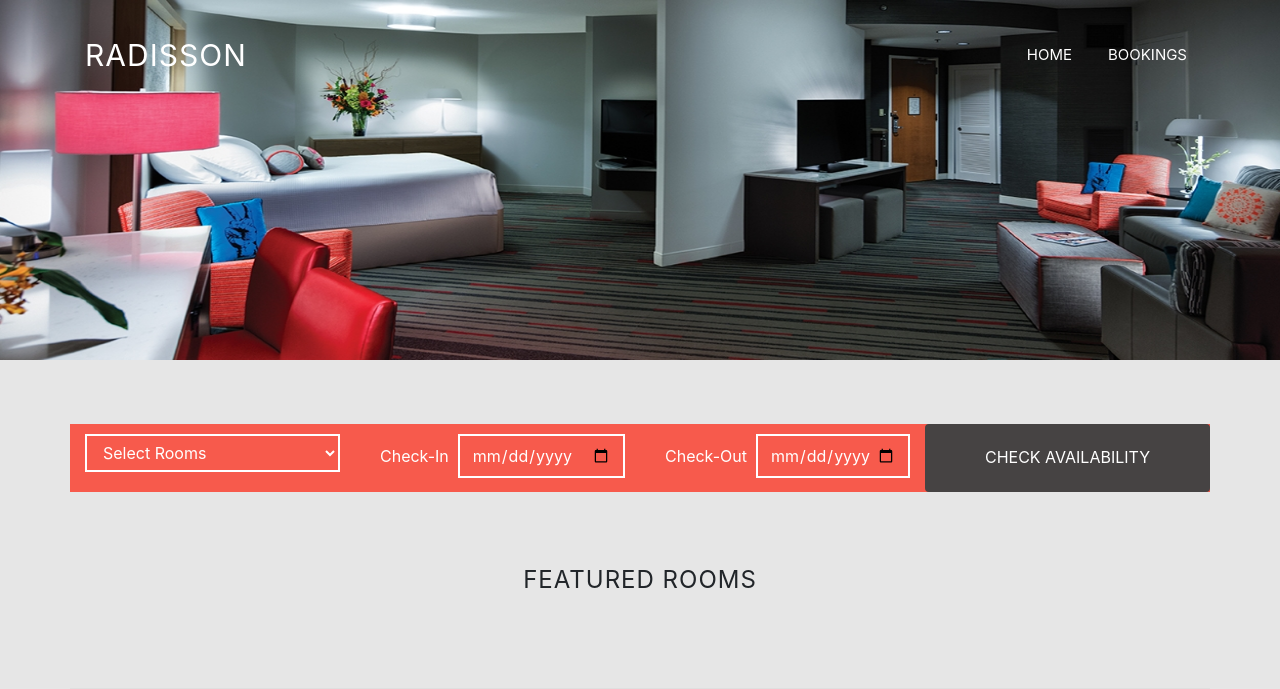
Repository: kapsky5/HotelManagement
Page: rooms.html
These files come from the project's save history. The page is drawn as it stood at one moment and after the next save; the edit follows.
The browser window is 1280 px wide. The pictures show the part of the page from y = 0 to 689 px (the page is 2056 px tall before and 2094 px after).
Pictures or frames that could not be fetched are drawn as grey boxes. Some web libraries are served in a nearby version.

Above is the page before, as saved 2019-11-07 02:51:58.

### rooms.html
<!DOCTYPE html>
<html lang="en">
<head>
    <meta charset="UTF-8">
    <meta name="viewport" content="width=device-width, initial-scale=1.0">
    <meta http-equiv="X-UA-Compatible" content="ie=edge">
    <title>RADISSON BLU</title>
    <link rel="stylesheet" href="css/main.css">
    <link rel="stylesheet" href="https://maxcdn.bootstrapcdn.com/bootstrap/4.0.0/css/bootstrap.min.css" integrity="sha384-Gn5384xqQ1aoWXA+058RXPxPg6fy4IWvTNh0E263XmFcJlSAwiGgFAW/dAiS6JXm" crossorigin="anonymous">
    <!-- <script src="https://kit.fontawesome.com/82e6195eae.js" crossorigin="anonymous"></script> -->
</head>
<body>

    <nav class="navbar navbar-expand-lg navbar-light fixed-top" id="caro" style="margin-top: 20px;">
        <div class="container">
            <a class="navbar-brand" href="#">RADISSON</a>
            <button class="navbar-toggler" type="button" data-toggle="collapse" data-target="#navbarSupportedContent">
                <span class="navbar-toggler-icon"></span>
            </button>

            <div class="collapse navbar-collapse" id="navbarSupportedContent" >
                <ul class="navbar-nav ml-auto">
                    <li class="nav-item active ">
                        <a class="nav-link" href="./index.html">Home <span class="sr-only">(current)</span></a>
                    </li>
                    <li class="nav-item">
                        <a class="nav-link" href="./rooms.html">Bookings</a>
                    </li>
                </ul>
            </div>
        </div>
    </nav>

    <div>
        <img src="./images/cover1.jpg" class="image">
    </div>

    <div class="containerz">
        <div class="container" style="padding: 0px;">
            <br>
            <div class="row avail">
                <div class="col-md-3" style="padding-top: 10px;">
                    <div class="form-group">
                        <select class="form-control" placeholder="Select-Room">
                            <option>Select Rooms</option>
                            <option>Suites</option>
                            <option>Deluxe Rooms</option>
                            <option>King Rooms</option>
                            <option>Single</option>
                        </select>
                    </div>
                </div>
                <div class="col-md-3" style="padding-top: 10px;">
                    <div class="input-group">
                        <div class="input-group-prepend" style="padding: 10px;">
                            <span>Check-In</span>
                        </div>
                        <input class="form-control" type="date" id="from">
                    </div>
                </div>
                <div class="col-md-3" style="padding-top: 10px;">
                    <div class="input-group">
                        <div class="input-group-prepend" style="padding: 10px;" >
                            <span>Check-Out</span>
                        </div>
                        <input class="form-control" type="date" id="to">
                    </div>
                </div>
                <button class="col-md-3 btn btn-default" style="background-color: #464343; padding-top: 20px;" type="submit">
                    <div class="text-center" style="color: white;">
                        <p>CHECK AVAILABILITY</p>
                    </div>
                </button>
            </div>
            <div class="text-center" style="padding: 70px 0 50px 0;">
                <p class="heading1">Featured rooms</p>
            </div>
            <br>
            <div class="card">
                <div class="card-body">
                    <div class="row">
                        <div class="col-md-7 imgx">
                            <img class="room-img" src="images/suite.jpg">
                        </div>
                        <div class="col-md-5 dpt" >
                            <h3 class="head-room">Suites</h3>
                            <br>
                            <p>Pellentesque habitant morbi tristique senectus et netus ett mauada fames ac turpis egestas. Etiam euismod tempor leo, in suscipit urna condimentum sed. Vivamus augue enim, consectetur ac interdum a, pulvinar ac massa. Nullam malesuada congue</p>
                            <br>
                            <button class="btn">Book Now</button>
                        </div>
                    </div>
                </div>
            </div>
            <div class="card" style="margin: 40px 0px;">
                <div class="card-body">
                    <div class="row">
                        <div class="col-md-6 dpt">
                            <h3 class="head-room">King rooms</h3>
                            <br>
                            <p>Pellentesque habitant morbi tristique senectus et netus ett mauada fames ac turpis egestas. Etiam euismod tempor leo, in suscipit urna condimentum sed. Vivamus augue enim, consectetur ac interdum a, pulvinar ac massa. Nullam malesuada congue</p>
                            <br>
                            <button class="btn">Book Now</button>
                        </div>
                        <div class="col-md-6 imgx">
                            <img class="room-img" src="images/suite.jpg">
                        </div>
                    </div>
                </div>
            </div>
            <div class="card" >
                <div class="card-body">
                    <div class="row">
                        <div class="col-md-3 imgx">
                            <img class="room-img" src="images/suite.jpg">
                        </div>
                        <div class="col-md-3 dpts" >
                            <h3 class="head-room">Single</h3>
                            <br>
                            <p>Pellentesque habitant morbi tristique senectus et netus ett mauada fames ac turpis egestas. Etiam euismod tempor leo, in suscipit urna condimentum sed.</p>
                            <br>
                            <button class="btn">Book Now</button>
                        </div>
                        <div class="col-md-3 imgx   ">
                            <img class="room-img" src="images/suite.jpg">
                        </div>
                        <div class="col-md-3 dpts">
                            <h3 class="head-room">Suite</h3>
                            <br>
                            <p>Pellentesque habitant morbi tristique senectus et netus ett mauada fames ac turpis egestas. Etiam euismod tempor leo, in suscipit urna condimentum sed.</p>
                            <br>
                            <button class="btn">Book Now</button>
                        </div>
                    </div>
                </div>
            </div>

        </div>
    </div>

    <script src="https://code.jquery.com/jquery-3.2.1.slim.min.js" integrity="sha384-KJ3o2DKtIkvYIK3UENzmM7KCkRr/rE9/Qpg6aAZGJwFDMVNA/GpGFF93hXpG5KkN" crossorigin="anonymous"></script>
    <script src="https://cdnjs.cloudflare.com/ajax/libs/popper.js/1.12.9/umd/popper.min.js" integrity="sha384-ApNbgh9B+Y1QKtv3Rn7W3mgPxhU9K/ScQsAP7hUibX39j7fakFPskvXusvfa0b4Q" crossorigin="anonymous"></script>
    <script src="https://maxcdn.bootstrapcdn.com/bootstrap/4.0.0/js/bootstrap.min.js" integrity="sha384-JZR6Spejh4U02d8jOt6vLEHfe/JQGiRRSQQxSfFWpi1MquVdAyjUar5+76PVCmYl" crossorigin="anonymous"></script>
</body>
</html>

<!--
<div class="image" style="background-image:url(assets/images/hotel_feture_1.jpg);">
    <div class="descrip text-center">
      <p><small>For as low as</small><span>$100/night</span></p>
    </div>
  </div> -->

### css/main.css
.fixed-top{
    position: absolute !important;
}
.carousel-item{
    height: 100vh;
    min-height: 300px;
    background: no-repeat center center scroll;
    -webkit-baackground-size: cover;
    background-size: cover;
    position: absolute;
}
.carousel-caption {
    top: 40% !important;
}
.carousel-caption h5{
    color: #ffffff;
    text-transform: uppercase;
    font-size: 35px;
    letter-spacing: 2px;
    margin-top:25px;
}
.navbar-light .nav-link{
    text-transform: uppercase;
    color: #ffffff !important;
    font-size: 15px;
    margin-left: 20px;
}
.navbar-light .navbar-brand{
    color: #ffffff !important;
    font-size: 30px;
    letter-spacing: 1px;
}
.nav-link:active, .nav-link:hover {
    color: #F75A4C !important;
}
.carousel-caption .btn {
    margin: 40px 20px;
    padding: 15px 30px;
    border-radius: 40px;
    background: #F75A4C;
    border: none;
    text-transform: uppercase;
    font-size: 18px;
}
.carousel-caption .btn:hover{
    background: #454244;
}
.fac{
    margin: 0 auto;
    font-size: 25px;
    letter-spacing: 1px;
}
.tabx h6{
    font-weight: 600 !important;
}
.nav-item.nav-link{
    color: rgb(192, 192, 192);
}
.nav-item.nav-link.active{
    color: #F75A4C !important;
    background-color: #ffffff !important;
}
#tabs .nav > a{
    border-radius: 0px;
    padding: 40px 1rem;
    border-bottom: 1px solid rgb(192, 192, 192);
}
#tabs .nav > a.active{
    border-bottom: 1px solid #F75A4C;
}
.containerx{
    padding: 40px;
}
.containerx p{
    font-size: 18px;
    line-height: 1.8;
    color: #848484;
}
.tabImg{
    max-width: 100%;
    height: 550px;
}
.heading{
    color: #F75A4C;
    text-transform: uppercase;
    margin-bottom: 20px;
}
.sub-heading{
    margin-top: 20px;
    font-size: 16px;
    color: rgb(192, 192, 192);
}
.foot{
    margin-top: 50px;
    background-color: #E6E6E6;
}
.rowinfoot{
    padding: 30px 0px;
}
.foo-head{
    font-size: 20px;
    color: #F75A4C;
    margin: 20px 0;
}
.foo-text{
    font-size: 16px;
    line-height: 1.5;
}
.foo-text li a{
    color: black;
    text-decoration: none;
}
.copyright {
    color: white;
    background: #554f53;
    justify-content: center;
}
.copyright p{
    margin-bottom: 0;
}
.image{
    width: 100%;
    height: 50vh;
}
.containerz{
    background-color: #E6E6E6;
}
.heading1{
    text-transform: uppercase;
    font-size: 24px;
    letter-spacing: 1px;
}
.room-img{
    width: 100%;
    height: 415px;
}
.card{
    border-radius: 0px !important;
}
.card-body{
    padding: 0px !important;
}
.head-room{
    color: #F75A4C;
    font-size: 22px;
    text-transform: uppercase;
    letter-spacing: 1px;
}
.card-body.row.col-md-5, .card-body.row.col-md-7, .card-body.row.col-md-6, .card-body.row.col-md-3{
    padding: 0px !important;
}

.containerz .imgx, .containerz .imgx{
    padding: 0px !important;
}
.dpt, .dpts{
    padding: 40px 50px !important;
}
.dpt p{
    font-size: 18px;
    line-height: 1.8;
    color: #848484;
}
.dpts p{
    font-size: 16px;
    line-height: 1.5;
    color: #848484;
}
.row{
    margin: 0px !important;
}
.card .btn{
    padding: 10px 30px;
    border-radius: 0px;
    background: #F75A4C;
    border: none;
    text-transform: uppercase;
    font-size: 18px;
}
.avail{
    color: white;
    margin-top: 40px !important;
    background-color: #F75A4C;
    padding: auto auto;
}
.form-control{
    background-color: #F75A4C !important;
    color: white !important;
    border-radius: 0 !important;
    border: 2px solid white !important;
}
input[type=date]::-webkit-inner-spin-button {
    -webkit-appearance: none;
    display: none;
}

After the next save:
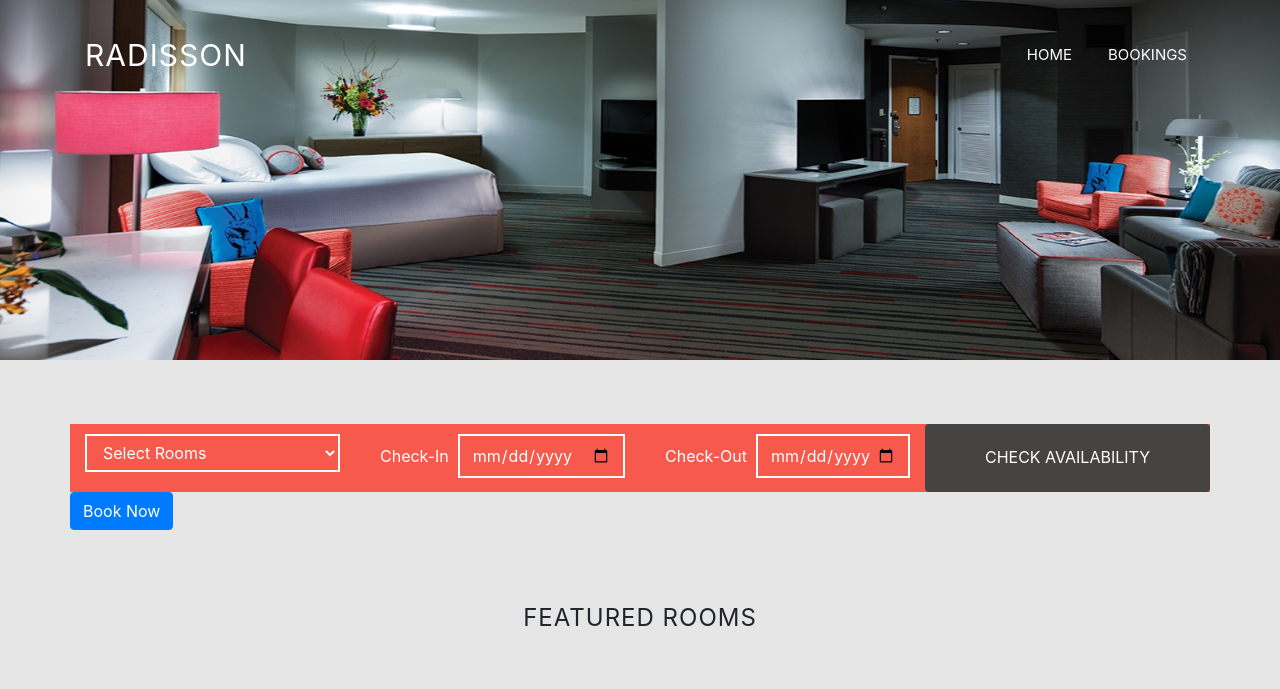
Saved 46 s later.
--- a/rooms.html
+++ b/rooms.html
@@ -72,6 +72,11 @@
                     </div>
                 </button>
             </div>
+
+            <div class="btn btn-primary">
+                Book Now
+            </div>
+
             <div class="text-center" style="padding: 70px 0 50px 0;">
                 <p class="heading1">Featured rooms</p>
             </div>
